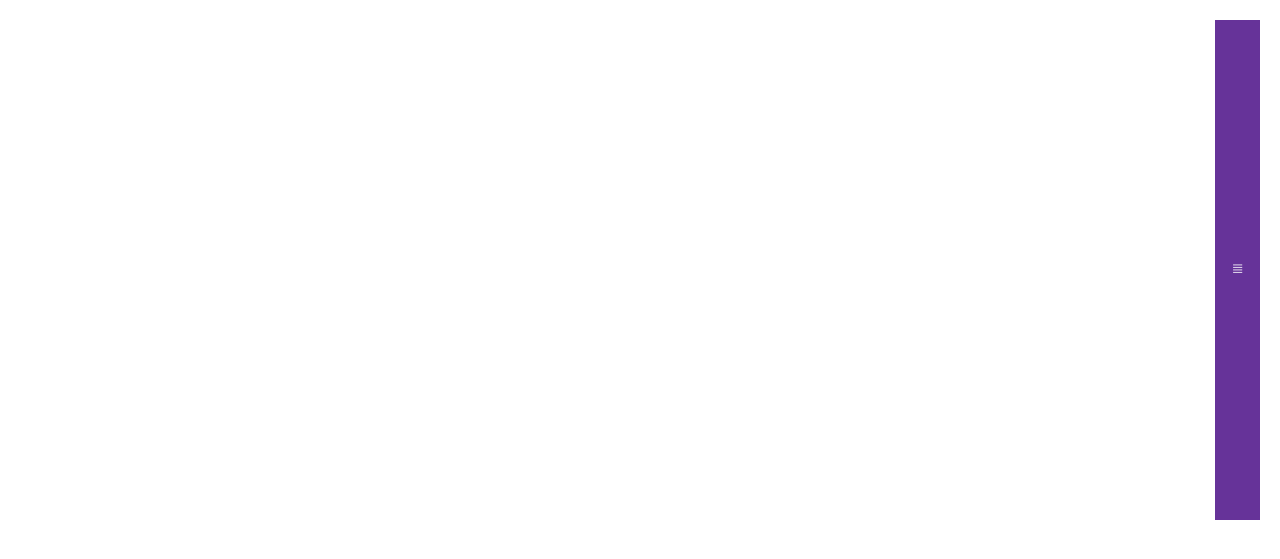
Repository: kate30980/js-practice
Page: hambuger-button/index.html
The author's editor kept a copy of each file at every save. The page is drawn from the files as they stood at one save, then again after the next save.
The browser window is 1280 px wide. The pictures show the whole page.

Above is the page before, as saved 2021-08-28 22:40:19.

After the next save:
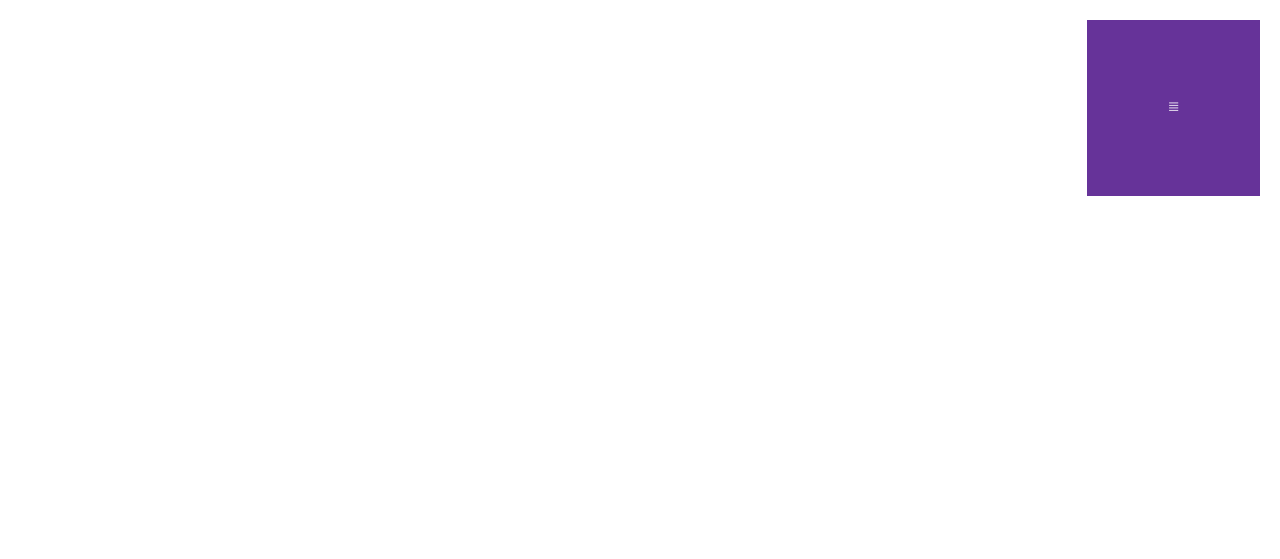
Saved 10 s later.
--- a/hambuger-button/style.css
+++ b/hambuger-button/style.css
@@ -16,8 +16,7 @@
     position: fixed;
     top: 20px;
     right: 20px;
-    height: 500px;
-    padding: 1rem;
+    padding: 5rem;
     transition: transform 0.6s ease-in-out;
 
 }
